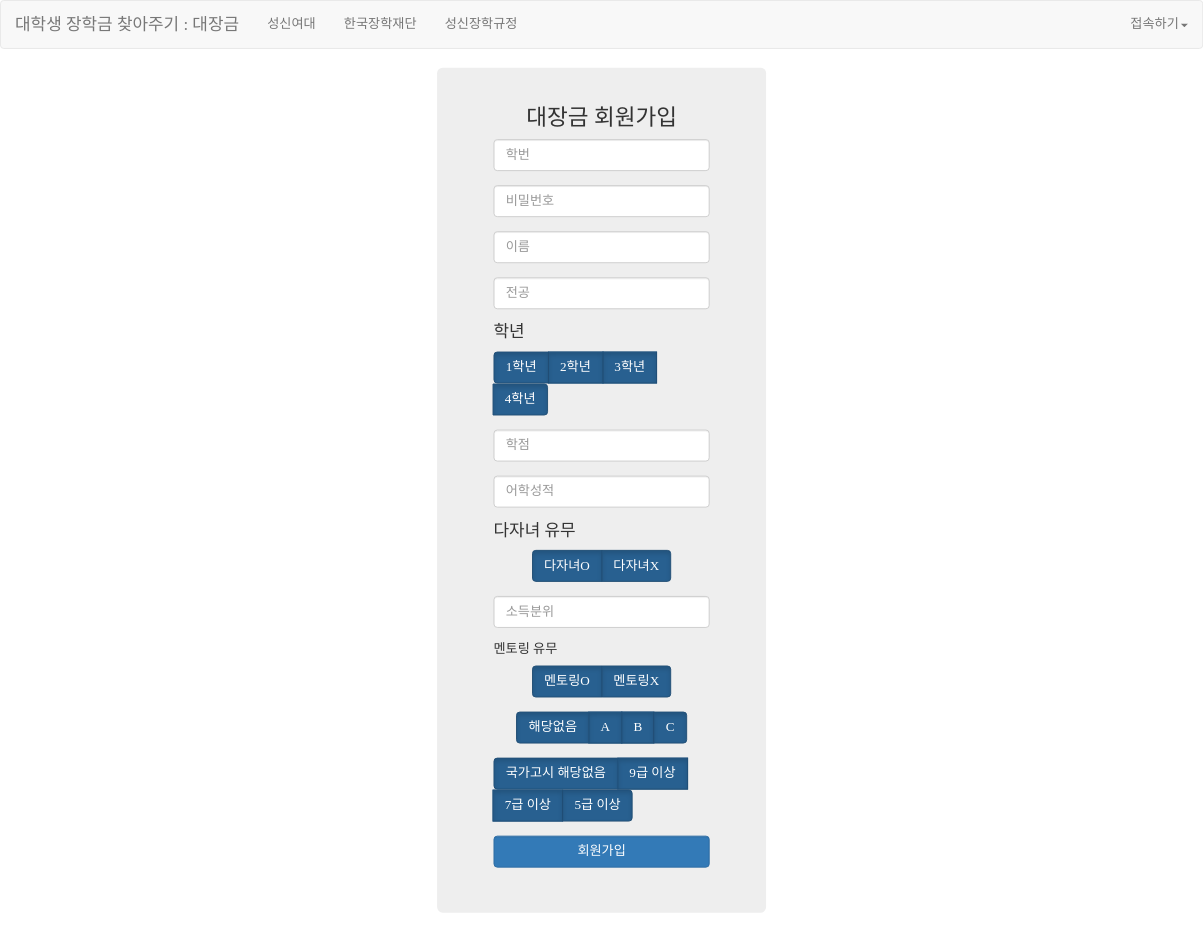
Repository: jiwon-214/DJG
Page: http://localhost/DJG/join.jsp
An editor plug-in stored every save of this project. The page is shown before and after the next save, followed by the edit.
The browser window is 1280 px wide. The pictures show the whole page, at 94% of full size.
Some web fonts or font styles are not loaded; a fallback is used. Some web libraries are served in a nearby version. The page is served by Tomcat 9. Other server files are loaded and not shown.

Above is the page before, as saved 2022-01-04 18:47:36.

### DJG/WebContent/join.jsp
<%@ page language="java" contentType="text/html; charset=UTF-8"
    pageEncoding="UTF-8"%>
<!DOCTYPE html>
<html>
<head>
<meta charset="UTF-8">
<meta name = "viewport" content = "width=divice-width", initial-scale="1">
<link rel = "stylesheet" href = "css/bootstrap.css">
<link rel = "stylesheet" href = "css/custom.css">
<title>대장금</title>
</head>
<body>
	<nav class ="navbar navbar-default">
		<div class = "navbar-header">
			<button type = "button" class = "navbar-toggle collapsed"
				data-toggle = "collapse" data-target = "#bs-example-navbar-collapse-1"
				aria-expanded="false">
				<span class = "icon-bar"></span>
				<span class = "icon-bar"></span>
				<span class = "icon-bar"></span>
			</button>
			<a class="navbar-brand" href = "main.jsp">대학생 장학금 찾아주기 : 대장금</a>
		</div>
		<div class="collapse navbar-collapse" id="bs-example-navbar-collapse-1">
			<ul class = "nav navbar-nav">
				<li><a href="https://portal.sungshin.ac.kr/sso/login.jsp">성신여대</a></li>
				<li><a href="http://www.kosaf.go.kr/">한국장학재단</a></li>
				<li><a href="https://rule.sungshin.ac.kr/service/law/lawView.do?seq=95&historySeq=0&gubun=cur&tree=part">성신장학규정</a></li>
			</ul>
			<ul class="nav navbar-nav navbar-right">
				<li class="dropdown">
					<a href="#" class="dropdown-toggle"
						data-toggle="dropdown" role="button" aria-haspopup="true"
						aria-expanded="false">접속하기<span class="caret"></span></a>
					<ul class="dropdown-menu">
						<li><a href = "login.jsp">로그인 </a></li>
						<li class="active"><a href="join.jsp">회원가입</a></li>
					</ul>
				</li>
			</ul>
		</div>
	</nav>
	<div class="container">
      <div class="col-lg-4"></div>
      <div class="col-lg-4">
         <div class="jumbotron" style="padding-top:20px;">
            <form method="post" action="joinAction.jsp">
               <h3 style="text-align:center;">대장금 회원가입</h3>
               <div class="form-group">
                  <input type="text" class="form-control" placeholder="학번" name="userID" maxlength="10">
               </div>
               <div class="form-group">
                  <input type="password" class="form-control" placeholder="비밀번호" name="userPassword" maxlength="20">
               </div>
               <div class="form-group">
                  <input type="text" class="form-control" placeholder="이름" name="userName" maxlength="20">
               </div>
               <div class="form-group">
                  <input type="text" class="form-control" placeholder="전공" name="userMajor" maxlength="20">
               </div>

               <h4>학년</h4>
               <div class="form-group" style="text-align:center;">
                  <div class="btn-group" data-toggle="buttons">
                     <label class="btn btn-primary active">
                        <input type = "radio" name="userYear" autocomplete="off" value="1" checked>1학년
                     </label>
                     <label class="btn btn-primary active">
                        <input type = "radio" name="userYear" autocomplete="off" value="2">2학년
                     </label>
                     <label class="btn btn-primary active">
                        <input type = "radio" name="userYear" autocomplete="off" value="3">3학년
                     </label>
                     <label class="btn btn-primary active">
                        <input type = "radio" name="userYear" autocomplete="off" value="4">4학년
                     </label>
                  </div>
               </div>

               <div class="form-group">
                  <input type="text" class="form-control" placeholder="학점" name="userGrade" maxlength="10">
               </div>

               <div class="form-group">
                  <input type="text" class="form-control" placeholder="어학성적" name="userLgrade" maxlength="10">
               </div>

               <h4>다자녀 유무</h4>
               <div class="form-group" style="text-align:center;">
                  <div class="btn-group" data-toggle="buttons">
                     <label class="btn btn-primary active">
                        <input type = "radio" name ="userMchild" autocomplete="off" value="cO" checked>다자녀O
                     </label>
                     <label class="btn btn-primary active">
                        <input type = "radio" name ="userMchild" autocomplete="off" value="cX">다자녀X
                     </label>
                  </div>
               </div>
               <div class="form-group">
                  <input type="text" class="form-control" placeholder="소득분위" name="userIncome" maxlength="10">
               </div>

               <h5>멘토링 유무</h5>
               <div class="form-group" style="text-align:center;">
                  <div class="btn-group" data-toggle="buttons">
                     <label class="btn btn-primary active">
                        <input type="radio" name="userMentor" autocomplete="off" value="mO" checked>멘토링O
                     </label>
                     <label class="btn btn-primary active">
                        <input type = "radio" name="userMentor" autocomplete="off" value="mX">멘토링X
                     </label>
                  </div>
               </div>
               <div class="form-group" style="text-align:center;">
                  <div class="btn-group" data-toggle="buttons">
                     <label class="btn btn-primary active">
                        <input type="radio" name="userVol" autocomplete="off" value="Vx" checked>해당없음
                     </label>
                     <label class="btn btn-primary active">
                        <input type="radio" name="userVol" autocomplete="off" value="Va">A
                     </label>
                     <label class="btn btn-primary active">
                        <input type="radio" name="userVol" autocomplete="off" value="Vb">B
                     </label>
                     <label class="btn btn-primary active">
                        <input type="radio" name="userVol" autocomplete="off" value="Vc">C
                     </label>
                  </div>
               </div>
               <div class="form-group" style="text-align:center;">
                  <div class="btn-group" data-toggle="buttons">
                     <label class="btn btn-primary active">
                        <input type="radio" name="userExam" autocomplete="off" value="Ex" checked>국가고시 해당없음
                     </label>
                     <label class="btn btn-primary active">
                        <input type="radio" name="userExam" autocomplete="off" value="E9">9급 이상
                     </label>
                     <label class="btn btn-primary active">
                        <input type="radio" name="userExam" autocomplete="off" value="E7">7급 이상
                     </label>
                     <label class="btn btn-primary active">
                        <input type="radio" name="userExam" autocomplete="off" value="E5">5급 이상
                     </label>
                  </div>
               </div>
               <input type="submit" class="btn btn-primary form-control" value="회원가입">
            </form>
         </div>
      </div>
      <div class="col-lg-4"></div>
   </div>
		<div class="col-lg-4"></div>
	</div>
	<script src = "https://code.jquery.com/jquery-3.1.1.min.js"></script>
	<script src = "js/bootstrap.js"></script>
</body>
</html>

### DJG/WebContent/css/custom.css
@import url(http://fonts.googleapis.com/earlyaccess/nanumgothic.css);
@import url(http://fonts.googleapis.com/earlyaccess/hanna.css);
* {
	font-family : 'Nanum Gothic';
}
h1 {
	font-famaily : 'Hanna';
}

Loaded but not shown: DJG/WebContent/css/bootstrap.css (library); DJG/WebContent/js/bootstrap.js (library)

After the next save:
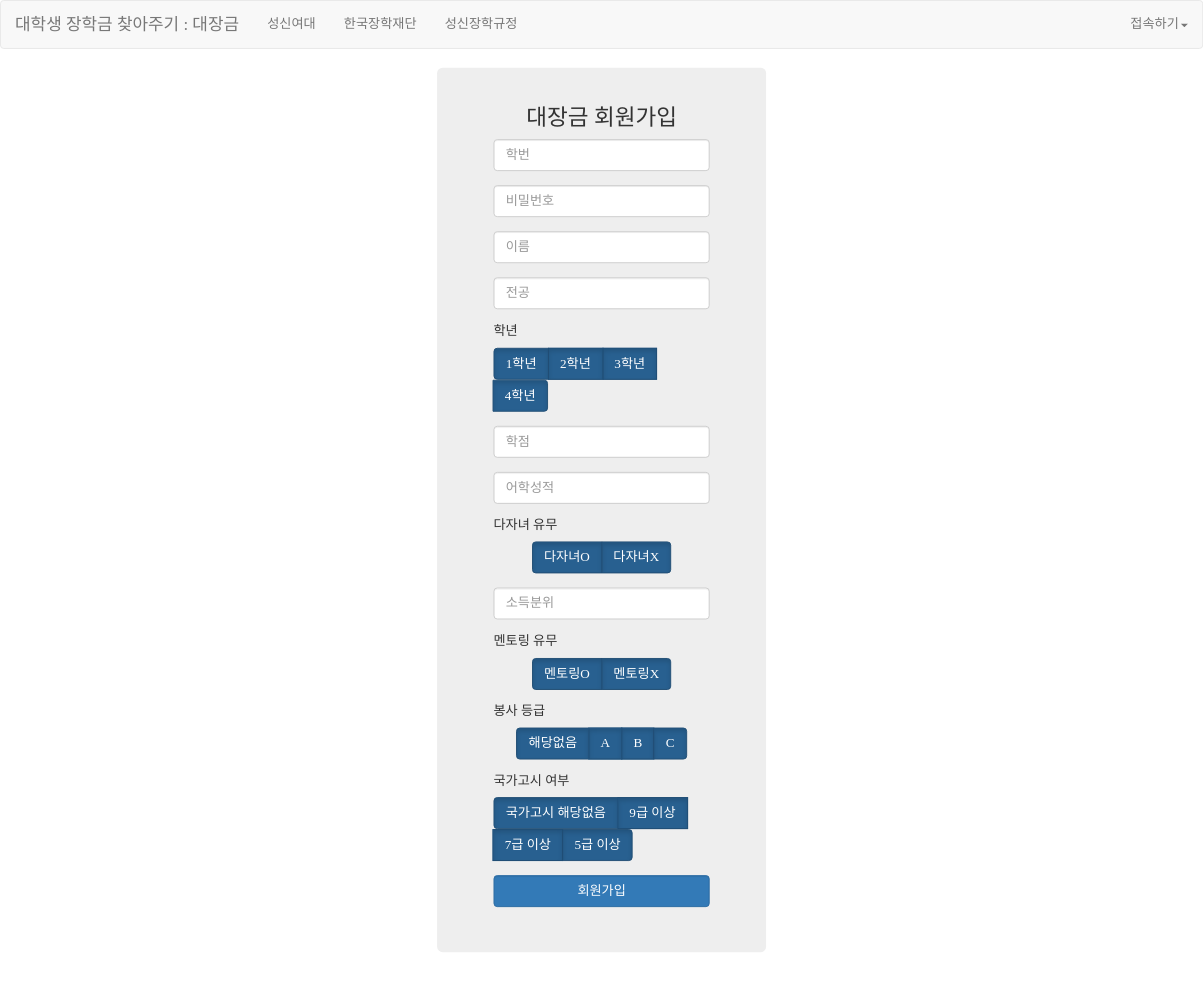
Saved 87 s later.
--- a/DJG/WebContent/join.jsp
+++ b/DJG/WebContent/join.jsp
@@ -59,7 +59,7 @@
                   <input type="text" class="form-control" placeholder="전공" name="userMajor" maxlength="20">
                </div>
 
-               <h4>학년</h4>
+               <h5>학년</h5>
                <div class="form-group" style="text-align:center;">
                   <div class="btn-group" data-toggle="buttons">
                      <label class="btn btn-primary active">
@@ -85,7 +85,7 @@
                   <input type="text" class="form-control" placeholder="어학성적" name="userLgrade" maxlength="10">
                </div>
 
-               <h4>다자녀 유무</h4>
+               <h5>다자녀 유무</h5>
                <div class="form-group" style="text-align:center;">
                   <div class="btn-group" data-toggle="buttons">
                      <label class="btn btn-primary active">
@@ -111,6 +111,8 @@
                      </label>
                   </div>
                </div>
+
+               <h5>봉사 등급</h5>
                <div class="form-group" style="text-align:center;">
                   <div class="btn-group" data-toggle="buttons">
                      <label class="btn btn-primary active">
@@ -127,6 +129,8 @@
                      </label>
                   </div>
                </div>
+
+               <h5>국가고시 여부</h5>
                <div class="form-group" style="text-align:center;">
                   <div class="btn-group" data-toggle="buttons">
                      <label class="btn btn-primary active">
